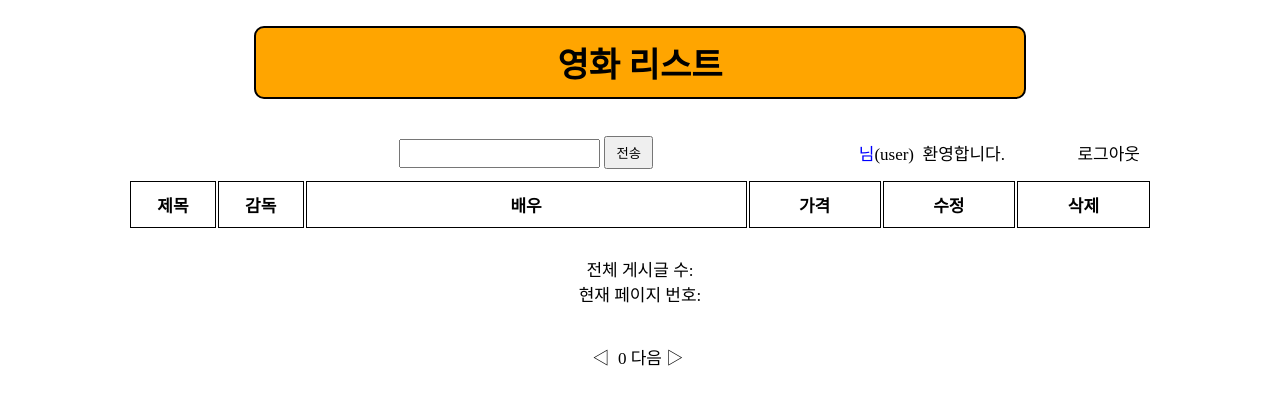
Repository: EverythingOfC/movie
Page: http://localhost/movie/movie/list.jsp
These files come from the project's save history. The page is drawn as it stood at one moment and after the next save; the edit follows.
The browser window is 1280 px wide. The pictures show the whole page.
The page is served by Tomcat 9. Nobody is signed in. The application's start-up code is not run. The template is opened directly, without the code that normally fills it, so the values that code supplies are empty.

Above is the page before, as saved 2023-01-03 09:50:25.

After the next save:
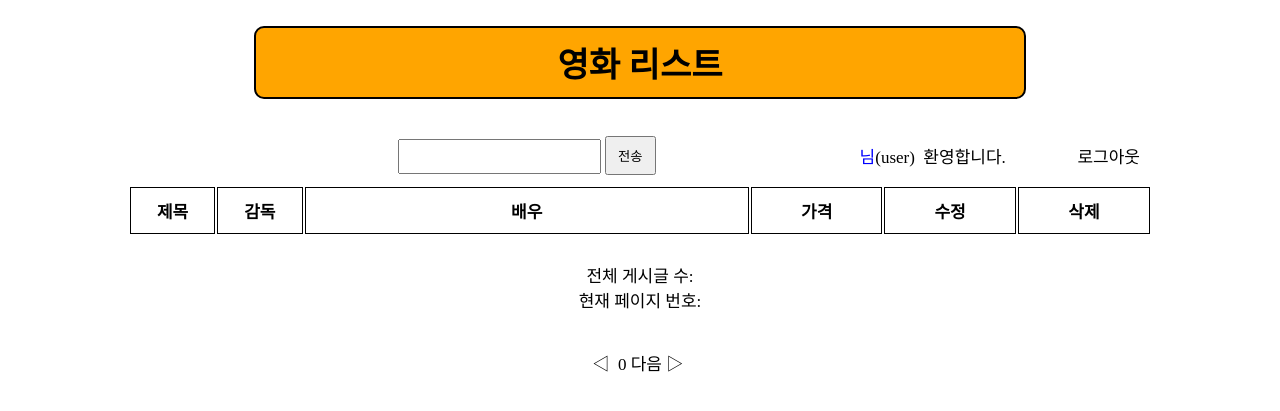
Saved 18 s later.
--- a/movie/src/main/webapp/movie/list.jsp
+++ b/movie/src/main/webapp/movie/list.jsp
@@ -22,8 +22,8 @@
 
 				<td style="border:0; text-align:center;">
 				<form action="ms" method="get">
-					<input type="text" name="search" style="padding:5px 10px;">
-					<input type="submit" value="전송" style="padding:5px 10px;">
+					<input type="text" name="search" style="padding:8px 11px;">
+					<input type="submit" value="전송" style="padding:8px 11px;">
 				</form>
 				</td>
 
